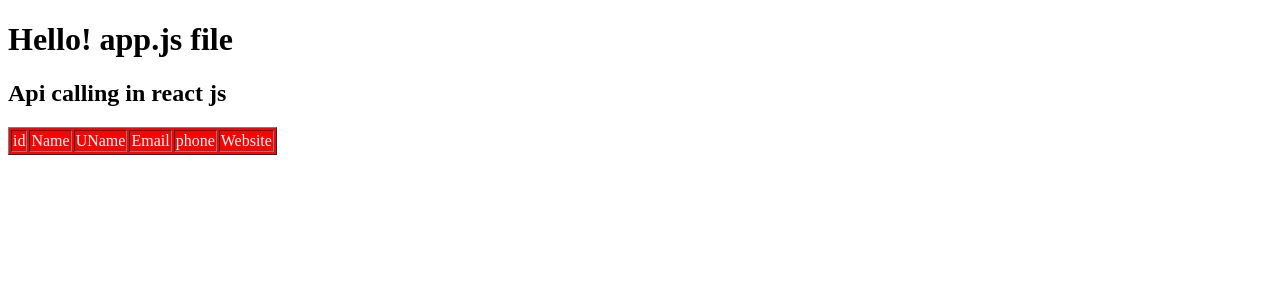
Repository: Gulzarokz/React_Course_Review
Page: / (app in vite-Project/)
An editor plug-in stored every save of this project. The page is shown before and after the next save, followed by the edit.
The browser window is 1280 px wide. The pictures show the whole page.
The page's requests for data from a server got no answer. The project was rebuilt for these pictures with package versions that can differ from the ones it lists, and the page was loaded fresh each time. No one was signed in, and anything a server would have sent is missing. Also part of the build but not shown: vite-Project/vite.config.js, vite-Project/src/PrecChildComp.jsx, vite-Project/src/PrevParentComp.jsx.

Above is the page before, as saved 2026-04-29 14:40:22.

### vite-Project/index.html
<!doctype html>
<html lang="en">

<head>
  <meta charset="UTF-8" />
  <link rel="icon" type="image/svg+xml" href="/favicon.svg" />
  <meta name="viewport" content="width=device-width, initial-scale=1.0" />
  <title>React js Review</title>
</head>

<body>
  <div id="root"></div>
  <script type="module" src="/src/main.jsx"></script>
</body>

</html>

### vite-Project/src/App.jsx
import { useState } from 'react';
import PrevParentComp from './PrevParentComp';
import ApiCalling from './ApiCalling';








function App() {
  // const [count, setCount] = useState(0)

  // function getData() {
  //   alert('Hello How are you!')
  // }
  return (
    <>
      <h1>Hello! app.js file</h1>
      <ApiCalling />













    </>
  )
}
export default App

### vite-Project/src/ApiCalling.jsx
import React, { useEffect, useState } from 'react'

const ApiCalling = () => {
    const [data, setData] = useState([])

    useEffect(() => {
        fetch("https://jsonplaceholder.typicode.com/users").then((result) => {
            result.json().then((response) => {
                // console.log(response);
                setData(response)

            })
        })
    })
    return (
        <>
            <h2>Api calling in react js</h2>
            <table border={1} style={{ background: "red", color: 'white' }}>
                <thead>
                    <tr>
                        <td>id</td>
                        <td>Name</td>
                        <td>UName</td>
                        <td>Email</td>
                        <td>phone</td>
                        <td>Website</td>
                    </tr>
                </thead>

                <tbody>
                    {
                        data.map((key) =>
                            <tr>
                                <td>{key.id}</td>
                                <td>{key.name}</td>
                                <td>{key.username}</td>
                                <td>{key.email}</td>
                                <td>{key.phone}</td>
                                <td>{key.website}</td>
                            </tr>
                        )
                    }
                </tbody>
            </table>
        </>
    )
}

export default ApiCalling

### vite-Project/src/PostApi.jsx
import React from 'react'

const PostApi = () => {
    return (
        <>
            <h3>Post Api in react js</h3>
            <input type="text" placeholder='enter your name' />
            <input type="number" placeholder='enter your age' />
            <input type="number" placeholder='enter your salary' />
        </>
    )
}

export default PostApi

Loaded but not shown: vite-Project/src/main.jsx (common file)

After the next save:
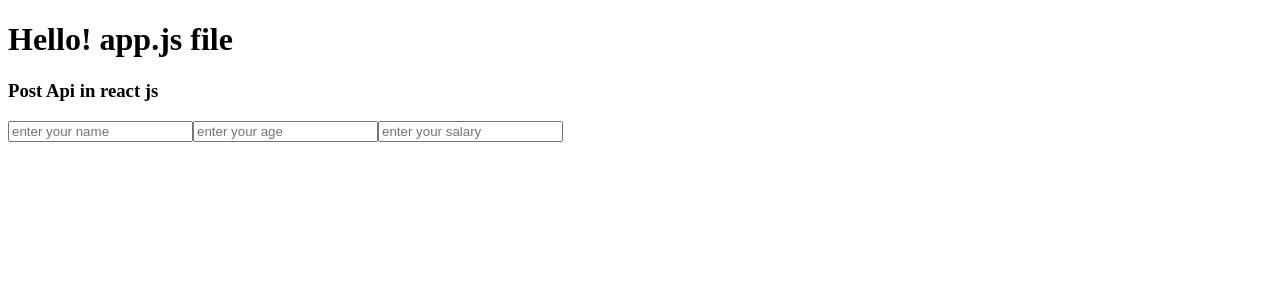
Saved 27 s later.
--- a/vite-Project/src/App.jsx
+++ b/vite-Project/src/App.jsx
@@ -1,6 +1,5 @@
 import { useState } from 'react';
-import PrevParentComp from './PrevParentComp';
-import ApiCalling from './ApiCalling';
+import PostApi from './PostApi';
 
 
 
@@ -18,8 +17,7 @@ function App() {
   return (
     <>
       <h1>Hello! app.js file</h1>
-      <ApiCalling />
-
+      <PostApi />
 
 
 
